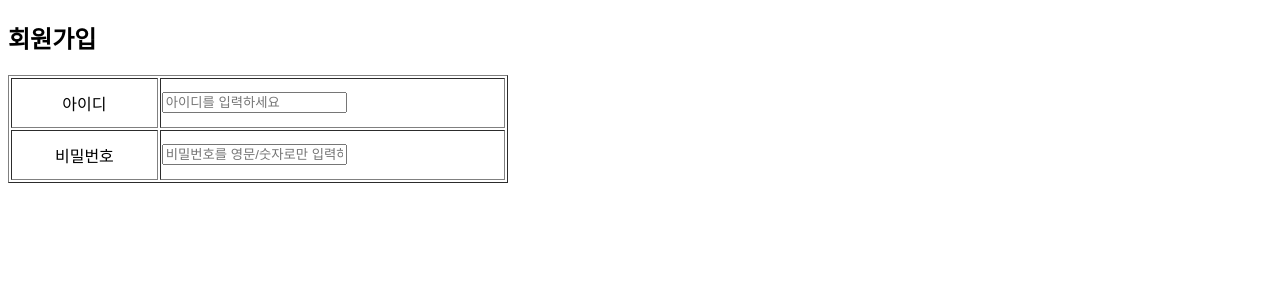
Repository: kkw3202/Jsp2026
Page: http://localhost/chapter01/Request/RequsetJoin.jsp
An editor plug-in stored every save of this project. The page is shown before and after the next save, followed by the edit.
The browser window is 1280 px wide. The pictures show the whole page.
The page is served by Tomcat 9.

Above is the page before, as saved 2026-10-19 06:35:04.

After the next save:
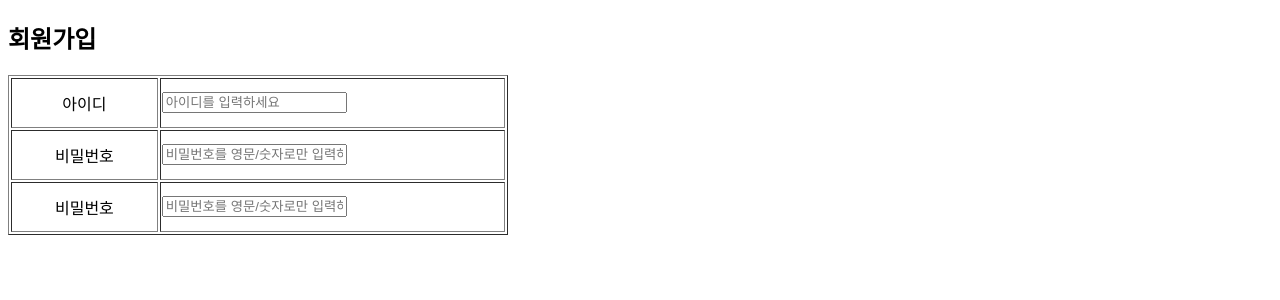
Saved 44 s later.
--- a/chapter01/src/main/webapp/Request/RequsetJoin.jsp
+++ b/chapter01/src/main/webapp/Request/RequsetJoin.jsp
@@ -23,6 +23,12 @@
 						<input type="password" name="pass" placeholder="비밀번호를 영문/숫자로만 입력하세요"/>
 					</td>
 				</tr>
+				<tr height="50">
+					<td align="center" width="150">비밀번호</td>
+					<td width="350">
+						<input type="password" name="passchk" placeholder="비밀번호를 영문/숫자로만 입력하세요"/>
+					</td>
+				</tr>
 			</table>
 		</form>
 
